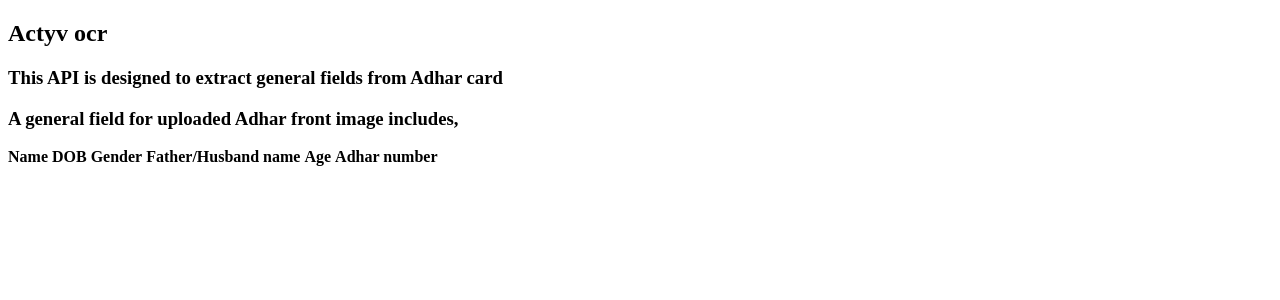
Repository: Sahana-M/OCR-for-Adhar
Page: template/home.html
These files come from the project's save history. The page is drawn as it stood at one moment and after the next save; the edit follows.
The browser window is 1280 px wide. The pictures show the whole page.

Above is the page before, as saved 2020-03-25 21:10:32.

After the next save:
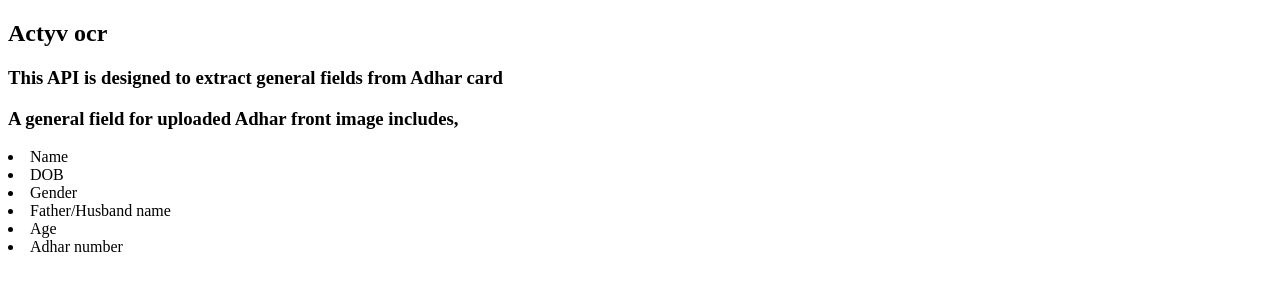
Saved 96 s later.
--- a/template/home.html
+++ b/template/home.html
@@ -10,11 +10,11 @@
         <h2>Actyv ocr</h2>
         <h3>This API is designed to extract general fields from Adhar card</h3>
         <h3>A general field for uploaded Adhar front image includes, </h3>
-        <b>Name</b>
-        <b>DOB</b>
-        <b>Gender</b>
-        <b>Father/Husband name</b>
-        <b>Age</b>
-        <b>Adhar number</b>
+        <li>Name</li>
+        <li>DOB</li>
+        <li>Gender</li>
+        <li>Father/Husband name</li>
+        <li>Age</li>
+        <li>Adhar number</li>
     </body>
 </html>
